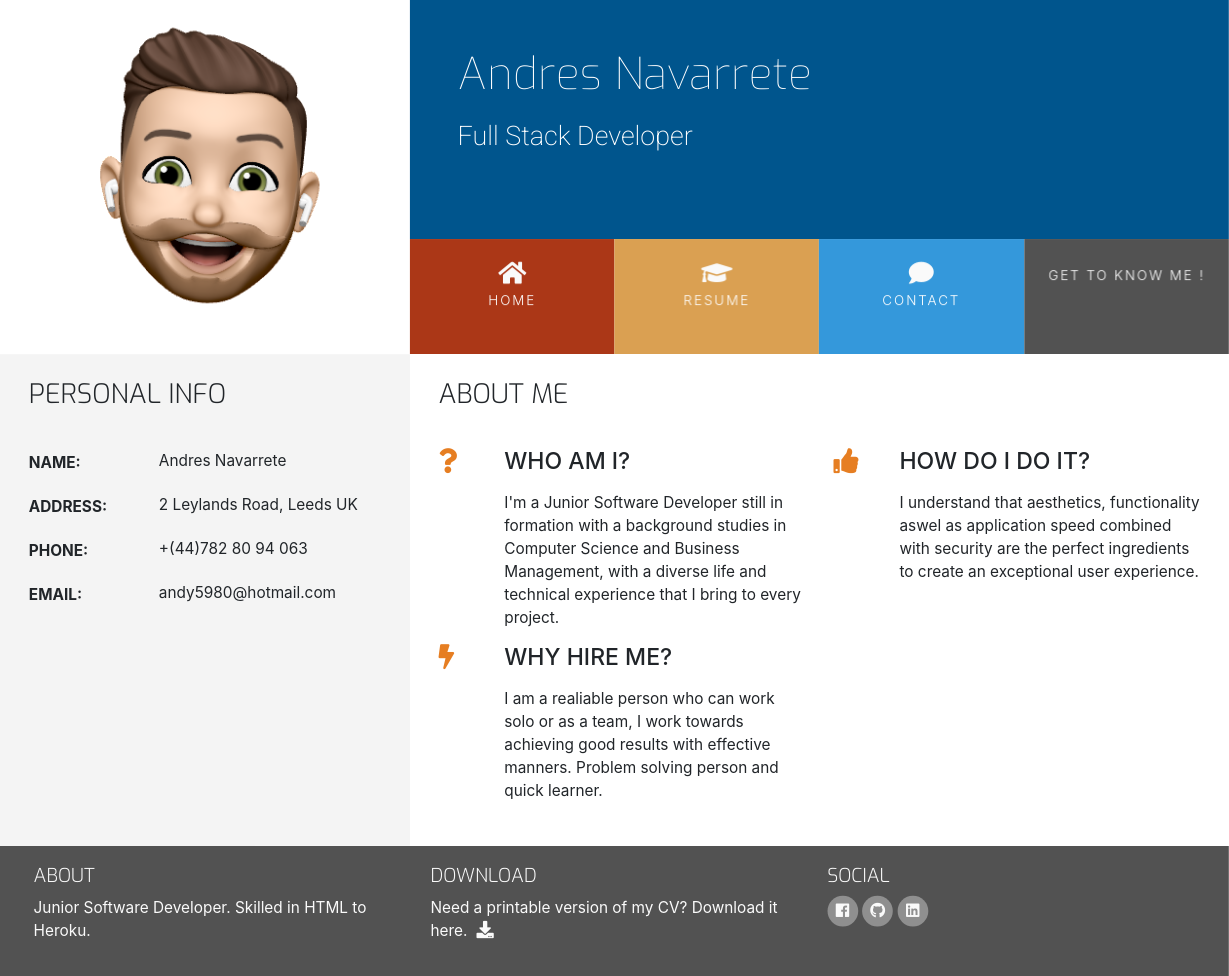
Repository: andna5980/cloud9-workspace
Page: index.html
An editor plug-in stored every save of this project. The page is shown before and after the next save, followed by the edit.
The browser window is 1280 px wide. The pictures show the whole page, at 96% of full size.
Some icons come from a web library that is not loaded, so they are not drawn. Some web libraries are served in a nearby version.

Above is the page before, as saved 2022-04-24 12:18:00.

### index.html
<!DOCTYPE html>
<html lang="en">

<head>
    <meta charset="UTF-8">
    <meta name="viewport" content="width=device-width, initial-scale=1.0">
    <link rel="stylesheet" href="https://maxcdn.bootstrapcdn.com/bootstrap/4.2.1/css/bootstrap.min.css"
        type="text/css" />
    <link rel="stylesheet" href="https://use.fontawesome.com/releases/v5.0.10/css/all.css"
        integrity="sha384-+d0P83n9kaQMCwj8F4RJB66tzIwOKmrdb46+porD/OvrJ+37WqIM7UoBtwHO6Nlg" crossorigin="anonymous" />
    <link rel="stylesheet" href="https://cdnjs.cloudflare.com/ajax/libs/hover.css/2.3.1/css/hover-min.css">
    <link rel="stylesheet" href="./resume-project/assets/css/style.css" type="text/css">
    <title>Andy</title>
</head>

<body>
    <header>
        <div class="row no-gutters">
            <a href="index.html" class="col-md-4 logo">

            </a>
            <div class="col-md-8">
                <div class="row no-gutters bg-color-name-title">
                    <div class="col heading">
                        <h1 class="name">Andres Navarrete</h1>
                        <h2 class="title">Full Stack Developer</h2>

                    </div>
                </div>
                <div class="row no-gutters">
                    <div class="col">
                        <ul id="nav" class="list-inline menucontainer">
                            <li class="col-6 col-sm-3 ui-menu-color-home list-inline-item menuitem">
                                <a href="index.html" class="hvr-sweep-to-bottom"><i class="fa fa-home"
                                        aria-hidden="true"></i><span>Home</span></a>
                            </li>
                            <li class="col-6 col-sm-3 ui-menu-color-resume list-inline-item menuitem">
                                <a href="resume.html" class="hvr-sweep-to-bottom"><i class="fa fa-graduation-cap"
                                        aria-hidden="true"></i><span>Resume</span></a>
                            </li>
                            <li class="col-6 col-sm-3 ui-menu-color-contact list-inline-item menuitem">
                                <a href="contact.html" class="hvr-sweep-to-bottom"><i class="fa fa-comment"
                                        aria-hidden="true"></i><span>Contact</span></a>
                            </li>
                            <li class="col-6 col-sm-3 ui-menu-color-download list-inline-item menuitem">
                                <a href="https://chats.landbot.io/v3/H-1223319-CFWOQLCQKLJZC8VA/index.html" target="_blank" class="hvr-sweep-to-bottom"><i class="fa fa-people"
                                        aria-hidden="true"></i><span>Get to know me !</span></a>
                            </li>
                        </ul>
                    </div>
                </div>

            </div>
        </div>

    </header>

    <section class="container-fluid">
        <div class="row">
            <div class="col-md-4 bg-color-personal-info section-column">
                <div class="row">
                    <div class="col-12">
                        <h3 class="section-heading uppercase">
                            Personal Info
                        </h3>
                    </div>
                </div>
                <div class="personal-info-item">
                    <div class="key">
                        <p class="uppercase">
                            Name:
                        </p>
                    </div>
                    <div class="value">
                        <p>
                            Andres Navarrete
                        </p>
                    </div>
                </div>
                <div class="personal-info-item">
                    <div class="key">
                        <p class="uppercase">
                            Address:
                        </p>
                    </div>
                    <div class="value">
                        <p>
                            2 Leylands Road, Leeds UK
                        </p>
                    </div>
                </div>
                <div class="personal-info-item">
                    <div class="key">
                        <p class="uppercase">
                            Phone:
                        </p>
                    </div>
                    <div class="value">
                        <p>
                            +(44)782 80 94 063
                        </p>
                    </div>
                </div>
                <div class="personal-info-item">
                    <div class="key">
                        <p class="uppercase">
                            email:
                        </p>
                    </div>
                    <div class="value">
                        <p>
                            andy5980@hotmail.com
                        </p>
                    </div>
                </div>
            </div>
            <div class="col-md-8 bg-color-three-reasons section-column">
                <div class="row">
                    <div class="col">
                        <h3 class="section-heading uppercase">About Me</h3>
                    </div>
                </div>
                <div class="row">
                    <div class="col-10 offser-1 offset-sm-0 col-sm-4 col-md-6">
                        <div class="row">
                            <div class="col-2">
                                <i class="three-reasons-icon fa fa-question" aria-hidden="true"></i>
                            </div>
                            <div class="col-10">
                                <h4 class="three-reasons-heading uppercase">Who am I?</h4>
                                <p>
                                    I'm a Junior Software Developer still in formation
                                    with a background studies in Computer Science and Business Management, with a diverse
                                    life and technical experience that I bring to every project.
                                </p>
                            </div>
                        </div>
                    </div>
                    <div class="col-10 offser-1 offset-sm-0 col-sm-4 col-md-6">
                        <div class="row">
                            <div class="col-2">
                                <i class="three-reasons-icon fa fa-thumbs-up" aria-hidden="true"></i>
                            </div>
                            <div class="col-10">
                                <h4 class="three-reasons-heading uppercase">How do i do it?</h4>
                                <p>
                                    I understand that aesthetics, functionality aswel as application speed combined with security
                                    are the perfect ingredients to create an exceptional user experience.
                                </p>
                            </div>
                        </div>
                    </div>
                    <div class="col-10 offser-1 offset-sm-0 col-sm-4 col-md-6">
                        <div class="row">
                            <div class="col-2">
                                <i class="three-reasons-icon fa fa-bolt" aria-hidden="true"></i>
                            </div>
                            <div class="col-10">
                                <h4 class="three-reasons-heading uppercase">Why hire me?</h4>
                                <p>
                                    I am a realiable person who can work solo or as a team, I work towards achieving good results with effective manners.
                                    Problem solving person and quick learner.

                                </p>
                            </div>
                        </div>
                    </div>
                </div>
            </div>
        </div>
    </section>


    <footer class="container-fluid">
        <div id="footer-details" class="row">
            <div class="col-sm-4">
                <h5 class="uppercase general-sub">About</h5>
                <p class="inline-block">
                    Junior Software Developer.
                    Skilled in HTML to Heroku.
                </p>
            </div>
            <div class="col-sm-4">
                <h5 class="uppercase general-sub">Download</h5>
                <p class="inline-block">
                    Need a printable version of my CV? Download it here.
                    <a href="./resume-project/assets/cv/Rodrigo-Andres-Navarrete-cv-2022.pdf" target="_blank" class="cv-pdf">
                        <i class="fa fa-download" aria-hidden="true"></i>
                        <span class="sr-only">Download</span>
                    </a>
                </p>

            </div>
            <div class="col-sm-4">
                <h5 class="uppercase general-sub">Social</h5>
                <ul class="list-inline social-links">
                    <li class="list-inline-item">
                        <a target="_blank" href="#">
                            <i class="fab fa-facebook" aria-hidden="true"></i>
                            <span class="sr-only">Facebook</span>
                        </a>
                    </li>

                    <li class="list-inline-item">
                        <a target="_blank" href="https://github.com/andna5980">
                            <i class="fab fa-github" aria-hidden="true"></i>
                            <span class="sr-only">Github</span>
                        </a>
                    </li>
                    <li class="list-inline-item">
                        <a target="_blank" href="https://www.linkedin.com/in/andres-navarrete-barrios-6aa631101/">
                            <i class="fab fa-linkedin" aria-hidden="true"></i>
                            <span class="sr-only">LinkedIn</span>
                        </a>
                    </li>
                </ul>
            </div>
        </div>

    </footer>
</body>

</html>

### resume-project/assets/css/style.css
@import url('https://fonts.googleapis.com/css?family=Roboto:100,200,300,400,500,600,700|Exo:100,200,300,400,500,600,700');



/*-------------------------------------------------Colours */

.bg-color-name-title {
    background-color: #00558D;

}

.bg-color-three-reasons {
    background-color: #fff;
}

.bg-color-personal-info {
    background-color: #f4f4f4;
}

.bg-color-work-history {
    background-color: #00558D;
}

bg-color-contact {
    background-color: #fff;
}

.ui-menu-color-home{
    background-color: #AB3717;

}
.ui-menu-color-resume{
    background-color: #DAA052;

}
.ui-menu-color-contact{
    background-color: #3498db;

}
.ui-menu-color-download{
    background-color: #525252;

}

.row-table {
    display: table;
}

.section-column {
    display: table-cell;
    padding: 0 30px 30px;
    float: none;
}

.section-heading {
    font-family: "Exo", sans-serif;
    font-weight: 300;
    margin-top: 25px;
    margin-bottom: 40px;
}
/*-------------------------------------------------Special paddings/margins/text */


h1,h2,h3,h4 {
    margin: 0;
}

.uppercase {
    text-transform: uppercase;
}


.general-sub {
    font-family: "Exo", sans-serif;
    font-weight: 300;
    color: #fafafa;
}

.inline-block {
    display: inline-block;
}

.row-table {
    display: table;
}

.section-column {
    display: table-cell;
    padding: 0 30px 30px;
    float: none;
}

.history-heading,
.section-heading {
    font-family: "Exo", sans-serif;
    font-weight: 300;
    margin-top: 25px;
    margin-bottom: 40px;
}

/*-------------------------------------------------Headings */

header {
    margin: 0;
}

.heading{
    margin-left: 50px;
}

.logo {
    background: url("../images/memoji2.PNG");
    background-position: center;
    background-repeat: no-repeat;
    background-size: cover;
    min-height: 350px;
    transition: all .5s ease-in-out;
    -moz-transition:  all .5s ease-in-out;
    -webkit-transition: all .5s ease-in-out;
}

.name {
    font-family: "Exo", sans-serif;
    font-weight: 100;
    font-size: 46px;
    margin-top: 50px;
    color: #ffffff;
}

.title {
    font-family: "Roboto", sans-serif;
    font-weight: 200;
    font-size: 28px;
    margin-top: 20px;
    margin-bottom: 90px;
    color: #ffffff;
}


.list-inline-item:not(:last-child) {
    margin: 0;
}

.menucontainer {
    font-size: 0;
}

#nav {
    margin: 0;
}

#nav li {
    font-size: 14px;
    padding: 0;
}

.menuitem {
    height: 120px;
    text-align: center;
    padding: 0;

}

.menuitem a {
    width: 100%;
    text-decoration: none;
    color: #ffffff;
    height: 120px;
}

.menuitem a i{
    padding-top: 22px;
    display: block;
    color: #fafafa;
    font-size: 26px;

}

.menuitem span {
    display: block;
    width: 100%;
    padding-top: 5px;
    text-align: center;
    text-transform: uppercase;
    font-size: 14px;
    font-weight: 300;
    letter-spacing: 2px;
}

/*-------------------------------------------------Hover.css */

.hvr-sweep-to-bottom:before {
    background: rgba(0, 0, 0, 0.2);
    height: 120px;
}


/*-------------------------------------------------Footer */

footer {
    background-color: #525252;
    color: #fafafa;
    min-height: 120px;
    margin: 0;
}

.cv-pdf i {
    font-size: 18px;
    color: #fafafa;
    text-align: center;
    padding-left: 5px;
    transition: all 0.35s ease-in-out;
    -moz-transition: all 0.35s ease-in-out;
    -webkit-transition: all 0.35s ease-in-out;
    -o-transition: all 0.35s ease-in-out;
}

.cv-pdf i:hover {
    color: #e84610;
}

.social-links {
    padding-bottom: 15px;
}

.social-links li a i {
    width: 32px;
    height: 32px;
    padding: 12px 0;
    border-radius: 50%;
    line-height: 7px;
    text-align: center;
    color: #fafafa;
    background: #8f8f8f;
    transition: all 0.35s ease-in-out;
    -moz-transition: all 0.35s ease-in-out;
    -webkit-transition: all 0.35s ease-in-out;
    -o-transition: all 0.35s ease-in-out;
}

.social-links li a i:hover {
    background: #e84610;
}

#footer-details {
    padding: 20px;
}


/*-------------------------------------------------Three reasons */


.three-reasons-icon {
    font-size: 26px;
    color: #e67e22;
}

.three-reasons-heading {
    margin-bottom: 15px;

}

/* ----------------------------------------Personal Info */

.personal-info-item {
    margin-bottom: 20px;
    display: block;
    clear: both;
}

.personal-info-item .key,
.personal-info-item .value {
    padding-right: 8px;
    display: inline-block;
}

.personal-info-item .key p,
.personal-info-item .value p {
    margin: 0;
}

.personal-info-item .key {
    width: 30%;
    margin-right: 21px;
    padding-top: 2px;
    vertical-align: top;
}

.personal-info-item .key p {
    font-weight: 700;
}

.personal-info-item .value {
    position: relative;
    width: 60%;
}


/* ----------------------------------------Skills */

.progress {
    position: relative;
    height: 25px;
    margin-bottom: 4px;
}

.progress-type {
    position: absolute;
    left: 0px;
    font-weight: 400;
    padding: 3px 30px 2px 10px;
    color: #fafafa;
    background-color: rgba(25, 25, 25, 0.2);
}

.progress-section {
    margin: 40px 20px;
}


/* ----------------------------------------Work History */

.history-heading {
    color: #fafafa;
    margin-bottom: 50px;
}

.timeline-item {
    padding: 4em 2em 0em 2em;
    position: relative;
    color: #fafafa;
    border-left: 1px solid;
}

.timeline-item p {
    padding: 0;
    margin: 0;
}

.timeline-item:before {
    content: attr(data-dates);
    position: absolute;
    left: 2.5em;
    top: 3em;
    display: block;
    font-family: "Exo", sans-serif;
    font-weight: 500;
    font-size: 0.8em;
    padding: 0;
    margin: 0;
}

.timeline-item:after {
    width: 12px;
    height: 12px;
    display: block;
    top: 2.4em;
    position: absolute;
    left: -6px;
    border-radius: 12px;
    content: '';
    background: #fafafa;
}

.history-items {
    margin-bottom: 30px;
}


/* ----------------------------------------Contact Form */

.contact-heading {
    font-family: "Exo", sans-serif;
    font-weight: 300;
    margin-top: 25px;
    margin-bottom: 20px;
}

.center-form {
    padding-top: 10px;
    margin: 0 auto;
    max-width: 70%;
}

button[type="submit"] {
    margin-top: 15px;
    margin-bottom: 20px;
    color: #fafafa;
    background-color: #e84610;
}

/* ----------------------------------------Media Queries */

@media(min-width: 992px) {
    center-form {
        padding-top: 30px;
        min-height: 240px;
        margin: 0 auto;
        max-width: 50%;
    }
}

After the next save:
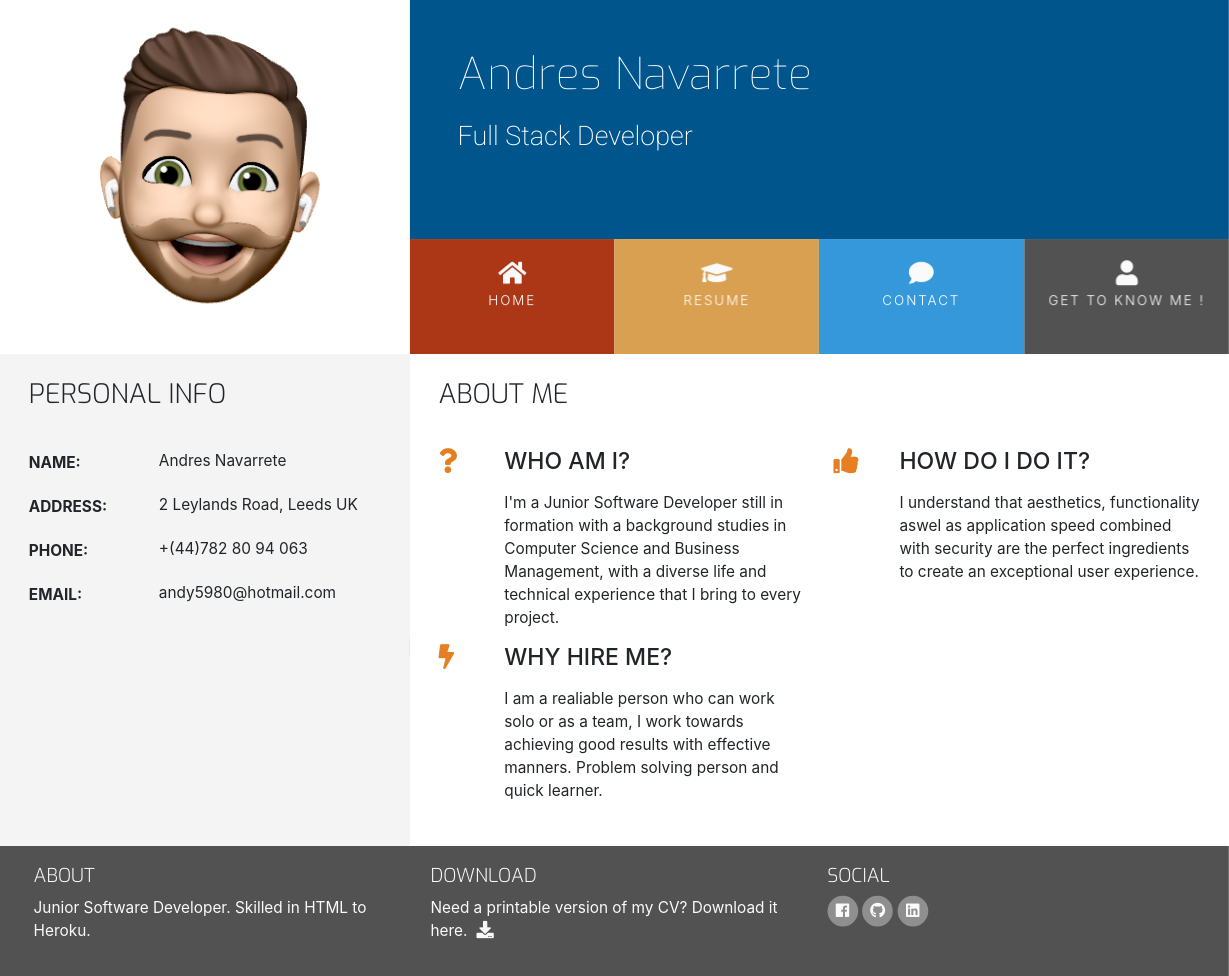
Saved 4 min 51 s later.
--- a/index.html
+++ b/index.html
@@ -43,7 +43,7 @@
                                         aria-hidden="true"></i><span>Contact</span></a>
                             </li>
                             <li class="col-6 col-sm-3 ui-menu-color-download list-inline-item menuitem">
-                                <a href="https://chats.landbot.io/v3/H-1223319-CFWOQLCQKLJZC8VA/index.html" target="_blank" class="hvr-sweep-to-bottom"><i class="fa fa-people"
+                                <a href="https://chats.landbot.io/v3/H-1223319-CFWOQLCQKLJZC8VA/index.html" target="_blank" class="hvr-sweep-to-bottom"><i class="fa fa-user"
                                         aria-hidden="true"></i><span>Get to know me !</span></a>
                             </li>
                         </ul>
